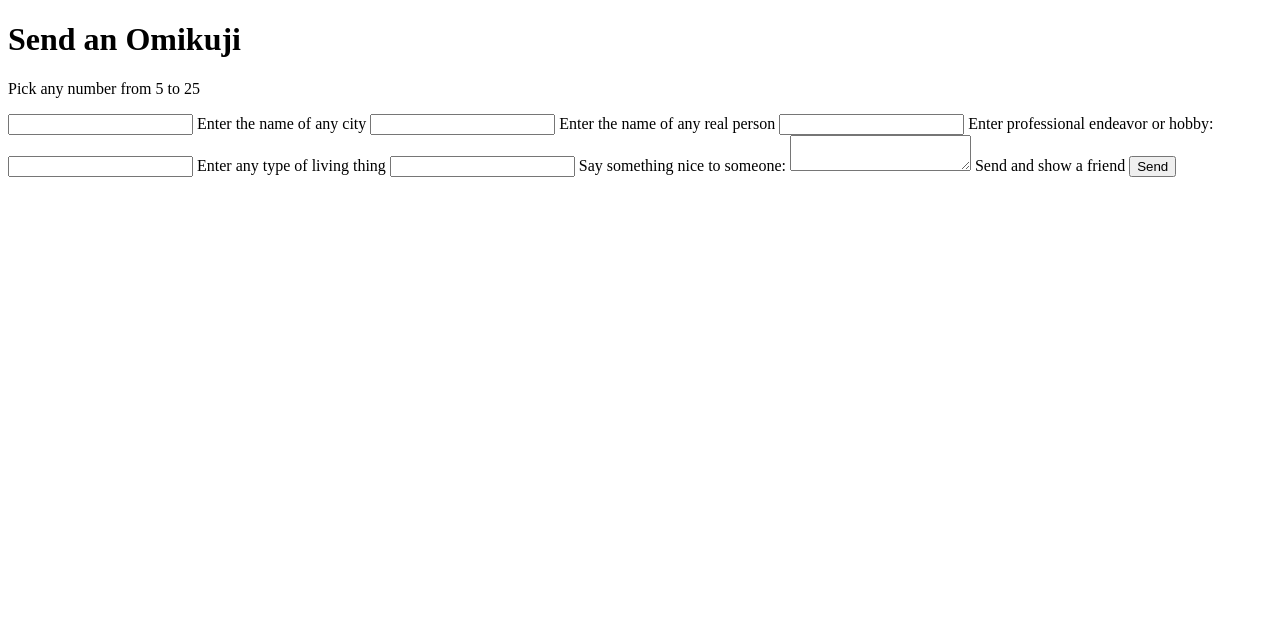
Repository: ShathaMorales/Java-Stack
Page: http://localhost/OmikujiForm/WEB-INF/index.jsp
An editor plug-in stored every save of this project. The page is shown before and after the next save, followed by the edit.
The browser window is 1280 px wide. The pictures show the whole page.
The page is served by Tomcat 10. Nobody is signed in. The template is opened directly, without the code that normally fills it, so the values that code supplies are empty.

Above is the page before, as saved 2023-05-06 10:26:23.

After the next save:
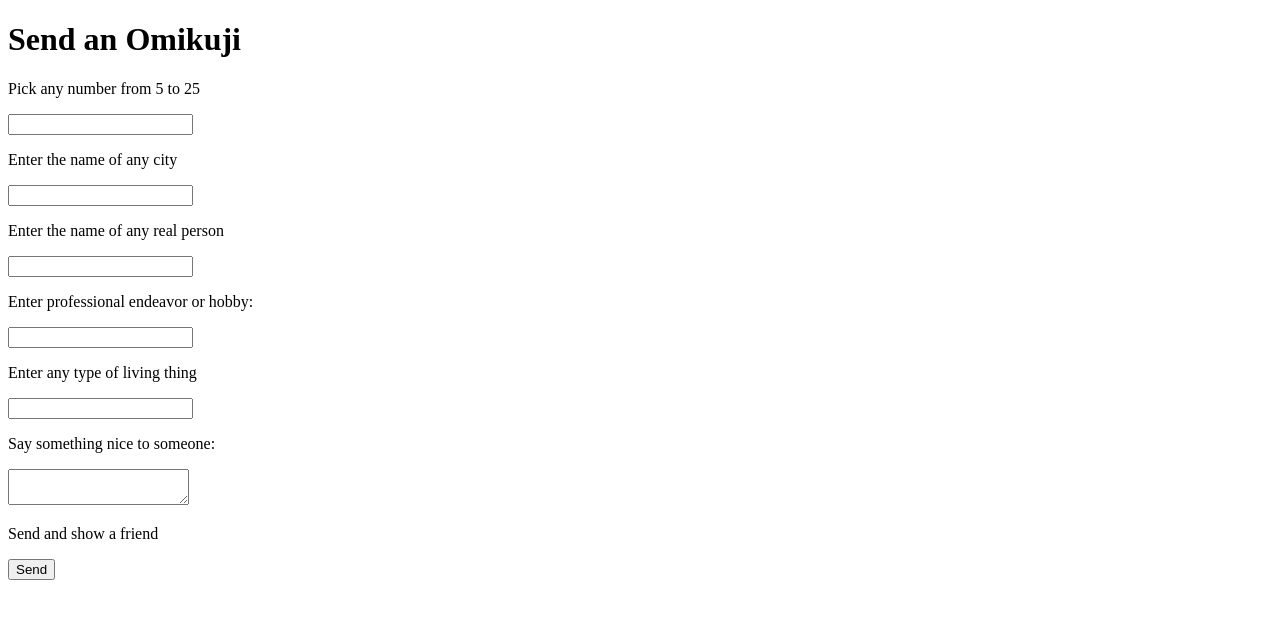
Saved 67 s later.
--- a/_java/JavaSpring/OmikujiForm/OmikujiForm/src/main/webapp/WEB-INF/index.jsp
+++ b/_java/JavaSpring/OmikujiForm/OmikujiForm/src/main/webapp/WEB-INF/index.jsp
@@ -14,22 +14,22 @@
 		<p><label>Pick any number from 5 to 25</label></p>
 		<input type="number" name="number">
 
-		<label>Enter the name of any city</label>
+		<p><label>Enter the name of any city</label></p>
 		<input type="text" name="city">
 
-		<label>Enter the name of any real person</label>
+		<p><label>Enter the name of any real person</label></p>
 		<input type="text" name="name">
 
-		<label>Enter professional endeavor or hobby:</label>
+		<p><label>Enter professional endeavor or hobby:</label></p>
 		<input type="text" name="hobby">
 
-		<label>Enter any type of living thing</label>
+		<p><label>Enter any type of living thing</label></p>
 		<input type="text" name="thing">
 
-		<label>Say something nice to someone:</label>
+		<p><label>Say something nice to someone:</label></p>
 		<textarea id="textarea" name="textarea"></textarea>
 
-		<label>Send and show a friend</label>
+		<p><label>Send and show a friend</label></p>
 		<input type="submit" value="Send">
 	</form>
 </body>
